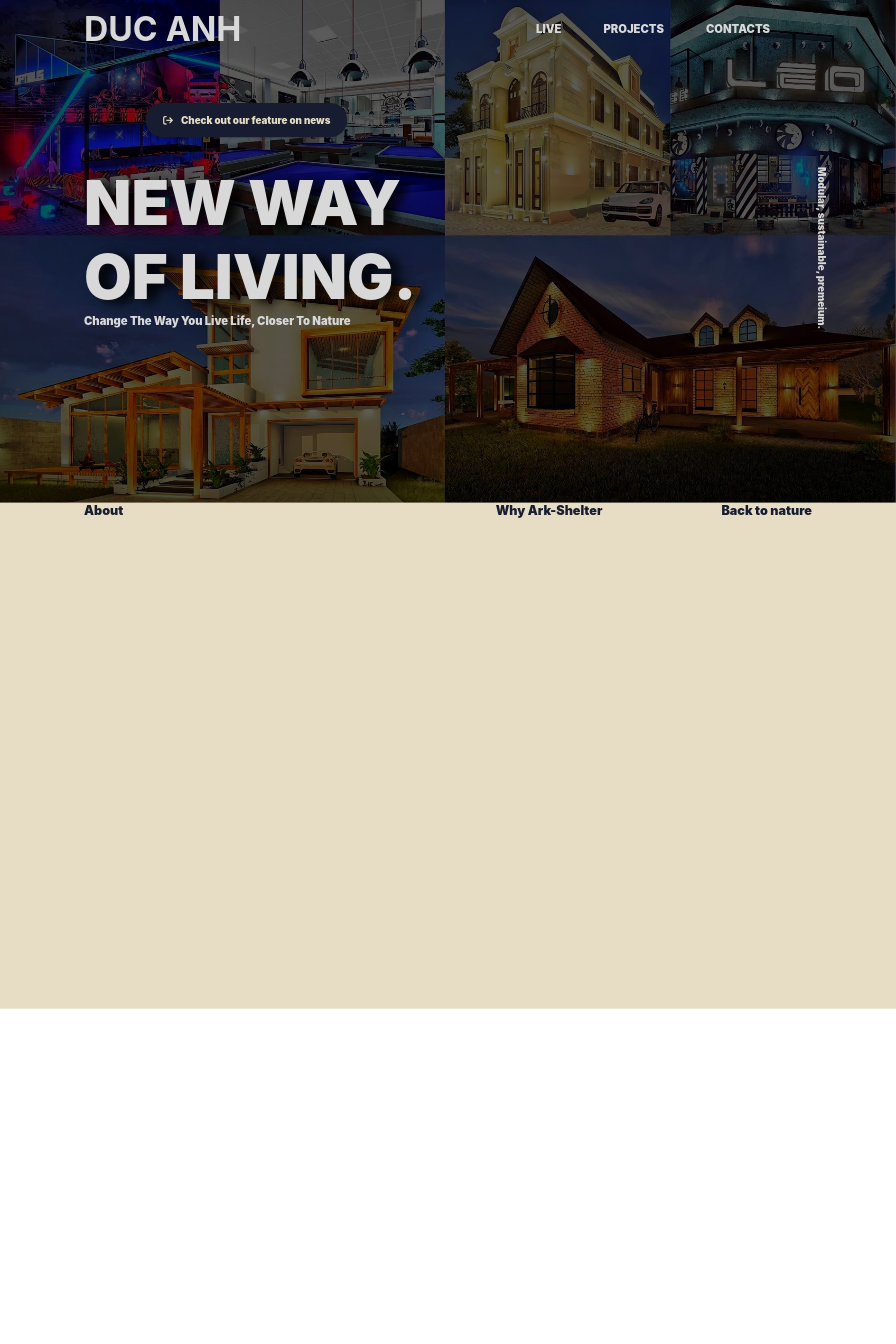
Repository: Ethanxcode/DucAnhNguyen
Page: index.html
These files come from the project's save history. The page is drawn as it stood at one moment and after the next save; the edit follows.
The browser window is 1280 px wide. The pictures show the part of the page from y = 0 to 1920 px (the page is 10000 px tall), at 70% of full size.

Above is the page before, as saved 2023-01-14 01:49:08.

### index.html
<!DOCTYPE html>
<html lang="en">
	<head>
		<meta charset="UTF-8" />
		<meta http-equiv="X-UA-Compatible" content="IE=edge" />
		<meta name="viewport" content="width=device-width, initial-scale=1.0" />
		<link rel="stylesheet" href="./style.css" />
		<link
			rel="stylesheet"
			href="https://cdnjs.cloudflare.com/ajax/libs/font-awesome/6.2.1/css/all.min.css"
		/>
		<!-- <link rel="stylesheet" type="text/css" href="/css/fonts.css" /> -->
		<title>DucAnhNguyen</title>
	</head>
	<body>
		<div id="root">
			<section class="container bgimage header">
				<div
					class="bg-image-holder"
					style="
						background-image: url(./Assets/241194850_2108411145980762_7904081432669109629_n.jpg);
					"
				></div>
				<nav class="navigation content-above">
					<ul class="headerMenu">
						<li>
							<a href=""><h2 class="textLogo">Duc Anh</h2></a>
						</li>
						<li class="subHeaderMenu">
							<ul>
								<li>
									<a href="#" class="inter-black-iron-16px">Live</a>
								</li>
								<li>
									<a href="#" class="inter-black-iron-16px">Projects</a>
								</li>
								<li>
									<a href="#" class="inter-black-iron-16px">Contacts</a>
								</li>
							</ul>
						</li>
					</ul>
				</nav>
				<nav class="heroSubNavigation">
					<button class="btn inter-black-almod-16px" style="margin-left: 88px">
						<i class="icon-margin-8px fa-solid fa-arrow-right-from-bracket"></i>
						Check out our feature on news
					</button>
					<h1 class="heroTitle">
						New way <br />
						of living.
					</h1>
					<p class="inter-black-iron-16px" style="text-transform: capitalize">
						change the way you live life, closer to nature
					</p>
					<p class="childrenSubNav">Modular, sustainable, premeium.</p>
				</nav>
			</section>

			<section class="AboutSection container content-above">
				<header class="HeaderSection">
					<ul class="HeaderSectionMenu">
						<li>
							<h4 class="inter-black-eerie-black-18px">About</h4>
						</li>
						<ul class="subSectionMenu">
							<li>
								<h4 class="inter-black-eerie-black-18px">Why Ark-Shelter</h4>
							</li>
							<li>
								<h4 class="inter-black-eerie-black-18px">Back to nature</h4>
							</li>
						</ul>
					</ul>
				</header>
				<div class="row">
					<div class="flex-col-1 flex-col">
						<div class="g"></div>
					</div>
				</div>
			</section>
		</div>
	</body>
</html>

### style.css
* {
	padding: 0;
	margin: 0;
	box-sizing: border-box;
}

html {
	height: 10000px;
}

:root {
	--custom-color-one: rgb(32, 45, 99, 01);
	--custom-color-two: rgb(232, 198, 113);
	--black: rgba(0, 0, 0, 1);
	--mirage: rgba(23, 28, 48, 1);
	--eerie-black: rgba(24, 29, 49, 1);
	--tundora-2: rgba(67, 66, 66, 0.8);
	--tundora: rgba(67, 66, 66, 0.8);
	--pablo: rgba(120, 113, 108, 1);
	--iron: rgba(216, 216, 216, 1);
	--almod: rgba(230, 221, 196, 1);

	--font-size-xxs: 16px;
	--font-size-xs: 22px;
	--font-size-s: 24px;
	--font-size-m: 28px;
	--font-size-l: 32px;
	--font-size-xl: 36px;
	--font-size-xxl: 48px;
	--font-size-xxxl: 128px;

	--font-family-inter: 'Inter';
	--font-family-roboto: 'Roboto';
}

.root {
	max-width: 1920px;
	max-height: 10000px;
}

.col {
	float: left;
	padding-left: 8px;
	padding-right: 8px;
}

.col-third {
	width: 33.33333%;
}

.col-half {
	width: 50%;
}

.col-full {
	width: 100%;
}

.col-sm-12 {
	position: relative;
	width: 100%;
	padding-right: 15px;
	padding-left: 15px;
}

.mt-8 {
	margin-top: 8px;
}

.mt-16 {
	margin-top: 16px;
}

.mt-32 {
	margin-top: 32px;
}

.row {
	display: flex;
	flex-wrap: wrap;
	width: 100%;
	margin-right: -15px;
	margin-left: -15px;
}

.first-sub-row {
	width: 100%;
	/* padding: 0 15px; */
	margin: 0 auto;
	flex: wrap;
	display: flex;
}

.second-sub-row {
	width: 100% !important;
	/* padding: 0 15px; */
	margin: 0 auto;
	justify-content: space-between;
}

/* Classes */
.inter-black-iron-16px {
	color: var(--iron);
	font-family: var(--font-family-inter);
	font-size: var(--font-size-xxs);
	font-weight: 900;
	font-style: normal;
	text-transform: uppercase;
	user-select: none;
}

.inter-black-iron-24px {
	color: var(--iron);
	font-family: var(--font-family-inter);
	font-size: var(--font-size-s);
	font-weight: 900;
	font-style: normal;
	user-select: none;
}

.inter-black-eerie-black-24px {
	color: var(--eerie-black);
	font-family: var(--font-family-inter);
	font-size: var(--font-size-s);
	font-weight: 900;
	font-style: normal;
}
.inter-black-eerie-black-18px {
	color: var(--eerie-black);
	font-family: var(--font-family-inter);
	font-size: 18px;
	font-weight: 900;
	font-style: normal;
}

.inter-black-eerie-black-16px {
	color: var(--eerie-black);
	font-family: var(--font-family-inter);
	font-size: 16px;
	font-weight: 900;
	font-style: normal;
}

.inter-medium-black-24px {
	color: var(--black);
	font-family: var(--font-family-inter);
	font-size: var(--font-size-s);
	font-weight: 500;
	font-style: normal;
}

.inter-medium-black-32px {
	color: var(--black);
	font-family: var(--font-family-inter);
	font-size: var(--font-size-l);
	font-weight: 500;
	font-style: normal;
}

.inter-medium-tundora-28px {
	color: var(--tundora);
	font-family: var(--font-family-roboto);
	font-size: var(--font-size-m);
	font-weight: 500;
	font-style: normal;
}

.inter-medium-tundora-28px-2 {
	color: var(--tundora-2);
	font-family: var(--font-family-inter);
	font-size: var(--font-size-m);
	font-weight: 500;
	font-style: normal;
}

.inter-medium-tundora-28px-2 {
	color: var(--tundora);
	font-family: var(--font-family-inter);
	font-size: var(--font-size-m);
	font-weight: 500;
	font-style: normal;
}

.btn {
	text-decoration: none;
	padding: 16px 24px;
	margin: 0;
	background-color: var(--mirage);
	color: var(--almod);
	font-weight: 500;
	display: inline-block;
	box-shadow: 0 4px 30px rgb(0 0 0 / 10%);
	transition: 0.3s ease;
	border: none;
	/* position: relative; */
	text-align: center;
	border-radius: 100px;
	font-family: var(--font-family-inter);
	font-size: 14px;
	font-weight: 900;
	font-style: normal;
}
.icon-margin-8px {
	margin-right: 8px;
}
.btn:hover {
	background-color: rgba(11, 16, 41, 0.85);
	color: rgb(233, 200, 117);
	cursor: pointer;
}

.btn:hover:before {
	opacity: 0.07;
	visibility: visible;
}

.btn:hover {
	/* color: #212529; */
	text-decoration: none;
}

.btn--xs {
	line-height: 42px;
	padding: 0 19px;
	font-size: 15px;
	margin: 0px 8px;
}

.btn--news-xs {
	line-height: 36px;
	padding: 6px 20px;
	font-size: 15px;
}

.btn--news-xs > a {
	line-height: 36px;
	/* padding: 4px 16px; */
	font-size: 20px;
	color: #fff;
	font-weight: 400;
}

.news-btn {
	margin-top: 16px;
}

.btn-form--xs {
	line-height: 36px;
	padding: 0 19px;
	font-size: 15px;
}

.btn--lg,
.btn-lg {
	line-height: 55px;
	font-size: 16px;
	min-width: 195px;
}

.heroTitle {
	color: var(--iron);
	font-family: var(--font-family-inter);
	font-size: 88px;
	font-weight: 900;
	letter-spacing: 0;
	line-height: normal;
	margin-top: 40px;
	min-height: 150px;
	text-transform: uppercase;
	/* width: 752px; */
	text-shadow: 14px 4px 16px #000;
	user-select: none;
}

.textLogo {
	text-transform: uppercase;
	color: var(--iron);
	font-family: var(--font-family-inter);
	font-size: var(--font-size-xxl);
	font-weight: 900px;
	letter-spacing: 0;
	line-height: normal;
	/* min-height: 94px; */
	/* min-width: 334px; */
	user-select: none;
}

.container {
	width: 100%;
	padding-right: 120px;
	padding-left: 120px;
	margin-right: auto;
	margin-left: auto;
}

.content-above {
	position: relative;
	z-index: 2;
	user-select: none;
}

.bg-image-holder {
	position: absolute;
	height: 100%;
	width: 100%;
	top: 0;
	left: 0;
	background-size: cover;
	/* background-position: 50% 50% !important; */
	z-index: 0;
	filter: brightness(36%) contrast(100%) saturate(180%);
	box-shadow: inset 0px -36px 100px rgba(0, 0, 0, 0.25);
	-webkit-backdrop-filter: brightness(36%) contrast(100%) saturate(180%);
	/* scale: (5px); */
	/* -webkit-transition: opacity 0.3s linear; */
}

.navigation {
	margin-bottom: 64px;
}

.heroSubNavigation {
	width: 100%;
	position: relative;
}

/* .navigation .subNavigation {
	display: table;
	vertical-align: middle;
	text-align: center;
	width: 100%;
	height: 100%;
} */

.childrenSubNav {
	color: var(--iron);
	font-family: var(--font-family-inter);
	font-size: 14px;
	font-weight: 900;
	position: absolute;
	/* margin-bottom: 61px; */
	margin-right: -130px;
	/* min-height: 27px; */
	/* min-width: 360px; */
	transform: rotate(90deg);
	/* position: relative; */
	right: 0;
	top: 62%;
}

.hero-area .hero-content .content-wrapper {
	display: table-cell;
	vertical-align: middle;
}

.headerMenu {
	align-items: center;
	display: flex;
	justify-content: space-between;
}

.headerMenu > li {
	display: inline-block;
	/* padding: 12px 0; */
	/* margin-right: 30px; */
	list-style: none;
}

a {
	text-decoration: none;
}

li {
	list-style: none;
}

.subHeaderMenu > ul {
	flex-direction: row;
	display: flex;
}

.subHeaderMenu > ul > li {
	list-style: none;
	line-height: 34px;
	margin-right: 60px;
	padding: 24px 0;
}

subHeaderMenu > ul > li > a {
	/* gap: 0.5em; */
	text-decoration: none;
}

.subHeaderMenu > ul > li > a:hover {
	cursor: pointer;
	gap: 0.5em;
	color: var(--pablo);
	/* background-color: #fffd; */
	/* backdrop-filter: blur(10px) saturate(160%) contrast(180%); */
}

.header {
	height: 678px;
}

.AboutSection {
	background-color: var(--almod);
	height: 723px;
	/* position: relative; */
	width: 100%;
}

.section-margin-top {
	margin-top: 220px;
}

.bgimage:before {
	z-index: 1;
}

.AboutSection {
	/* display: flex; */
	/* width: 100%; */
}

.HeaderSection {
}

.HeaderSectionMenu {
	margin-top: 40px;
	align-items: center;
	display: flex;
	justify-content: space-between;
}

.subSectionMenu {
	align-items: center;
	display: flex;

	justify-content: space-around;
}
.subSectionMenu > li:first-child {
	margin-right: 170px;
}

.HeaderSectionMenu > li {
}

After the next save:
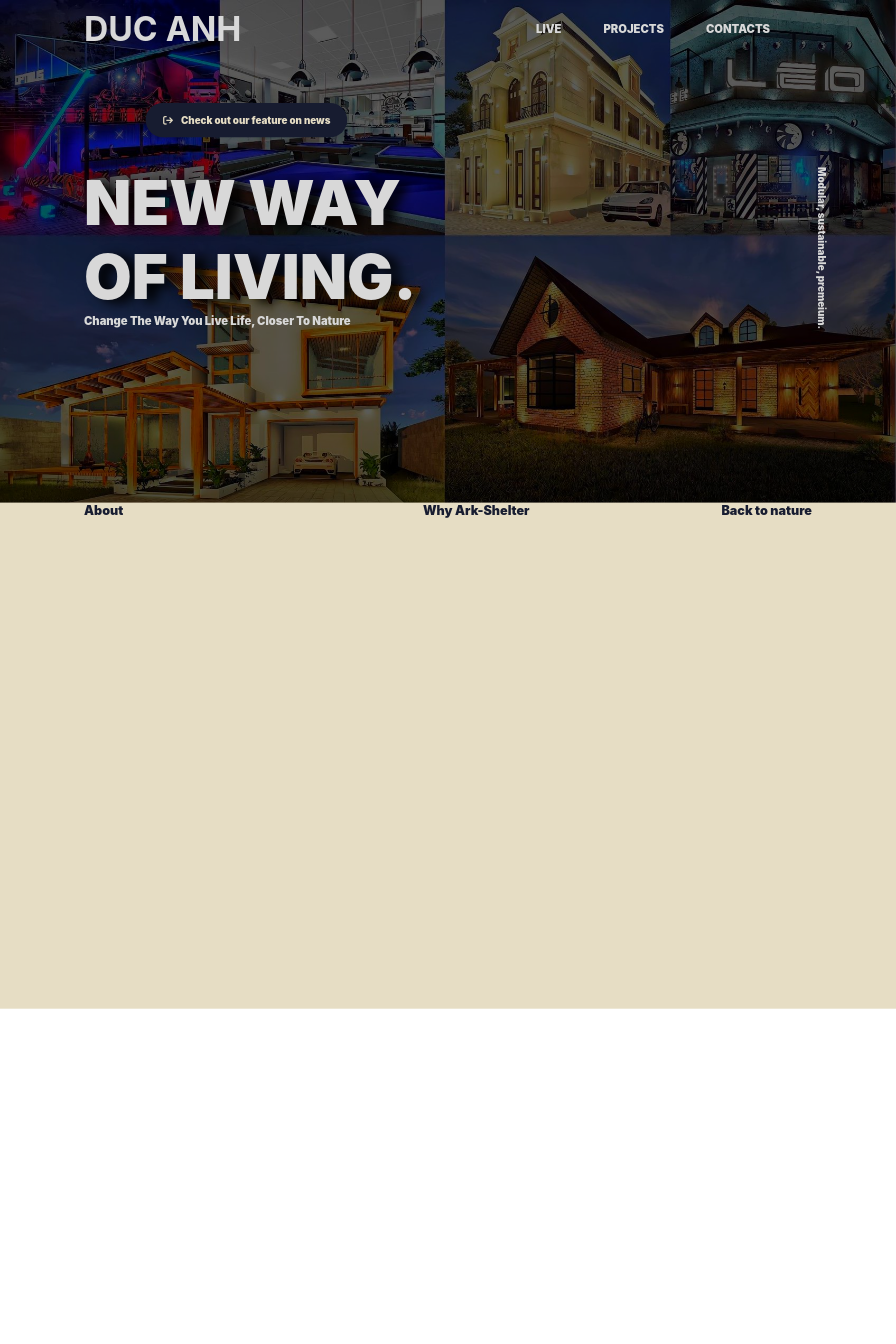
Saved 18 s later.
--- a/style.css
+++ b/style.css
@@ -440,7 +440,7 @@ subHeaderMenu > ul > li > a {
 	justify-content: space-around;
 }
 .subSectionMenu > li:first-child {
-	margin-right: 170px;
+	margin-right: 274px;
 }
 
 .HeaderSectionMenu > li {
